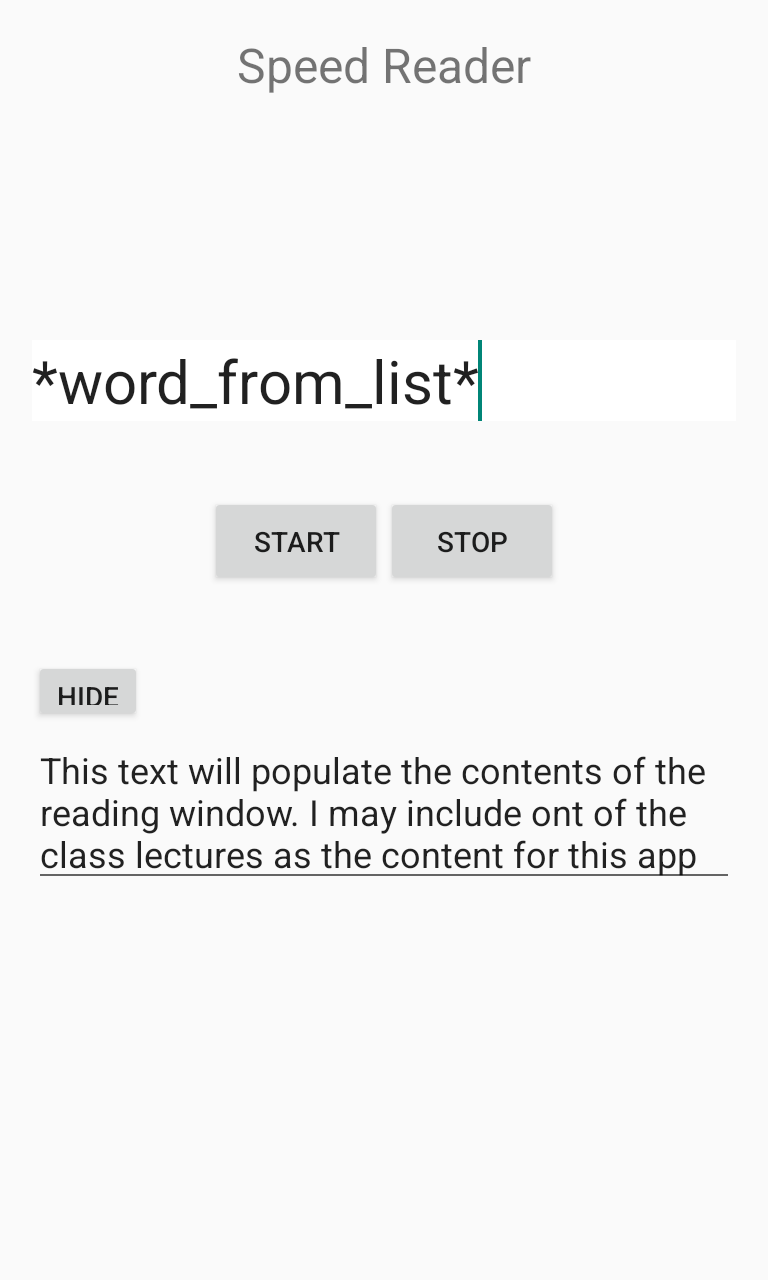
Repository: hdemby/workspace
Layout: SpeedReader/res/layout/activity_main.xml
These files come from the project's save history. The layout is drawn as it stood at one moment and after the next save; the edit follows.
It is drawn on a 768 x 1280 px phone screen (xhdpi) without system bars, with theme AppTheme; the app's code is not run. The app's manifest (not shown) leaves right-to-left support off. So textAlignment, textDirection and layoutDirection are ignored, and left and right values win over start and end ones.

Above is the layout before, as saved 2014-12-03 18:37:55.

After the next save:
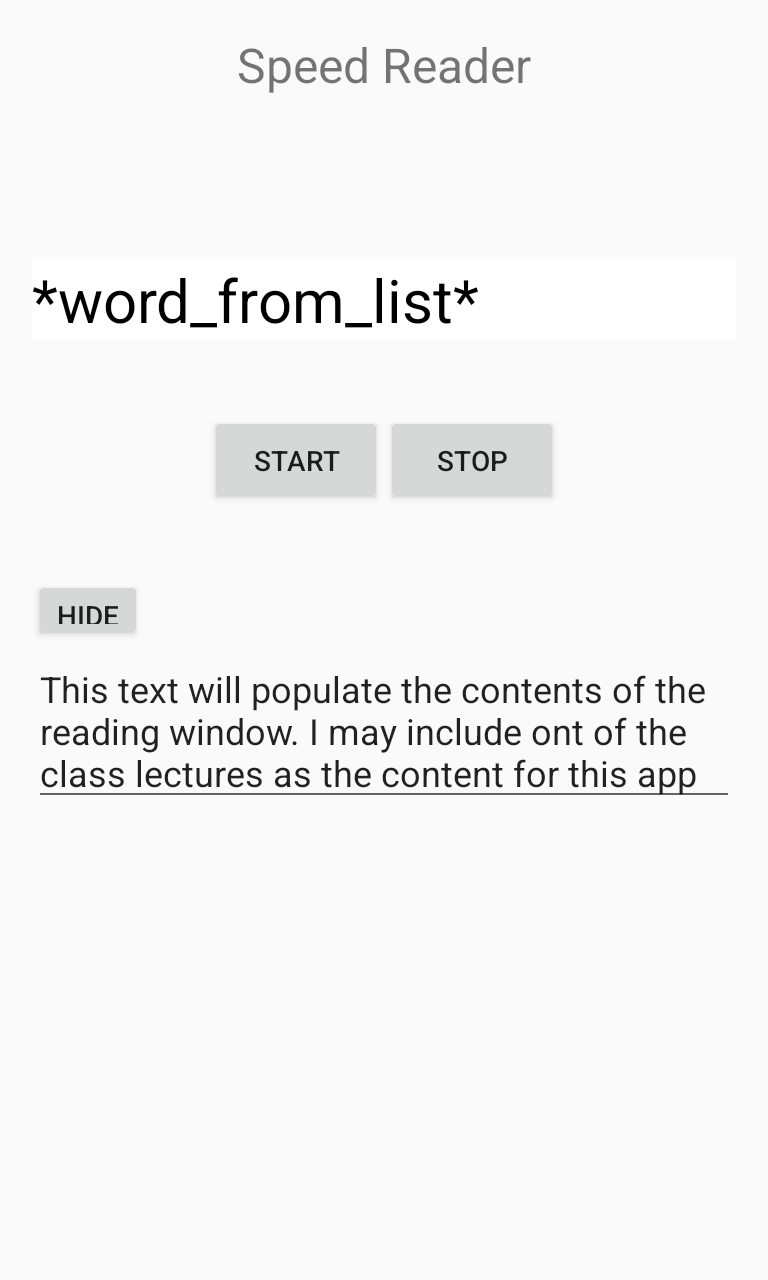
Saved 5 min 54 s later.
--- a/SpeedReader/res/layout/activity_main.xml
+++ b/SpeedReader/res/layout/activity_main.xml
@@ -17,26 +17,11 @@
         android:orientation="vertical" >
     </LinearLayout>
 
-    <EditText
-        android:id="@+id/editText1"
-        android:layout_width="wrap_content"
-        android:layout_height="wrap_content"
-        android:layout_alignTop="@+id/linearLayout1"
-        android:layout_centerHorizontal="true"
-        android:background="#ffffffff"
-        android:ems="10"
-        android:hint="@string/window_word"
-        android:text="@string/window_word"
-        android:textSize="30sp" >
-
-        <requestFocus />
-    </EditText>
-
     <LinearLayout
         android:id="@+id/linearLayout3"
         android:layout_width="wrap_content"
         android:layout_height="wrap_content"
-        android:layout_below="@+id/editText1"
+        android:layout_alignTop="@+id/linearLayout1"
         android:layout_centerHorizontal="true"
         android:layout_marginTop="36dp" >
 
@@ -57,8 +42,8 @@
     <LinearLayout
         android:layout_width="match_parent"
         android:layout_height="wrap_content"
-        android:layout_alignLeft="@+id/editText1"
         android:layout_below="@+id/linearLayout3"
+        android:layout_centerHorizontal="true"
         android:orientation="vertical" >
 
         <Button
@@ -90,4 +75,16 @@
         android:text="@string/app_name"
         android:textSize="24sp" />
 
+    <TextView
+        android:id="@+id/TextView01"
+        android:layout_width="match_parent"
+        android:layout_height="wrap_content"
+        android:layout_above="@+id/linearLayout3"
+        android:layout_centerHorizontal="true"
+        android:background="#ffffffff"
+        android:text="@string/window_word"
+        android:textAlignment="center"
+        android:textColor="#ff000000"
+        android:textSize="30sp" />
+
 </RelativeLayout>
